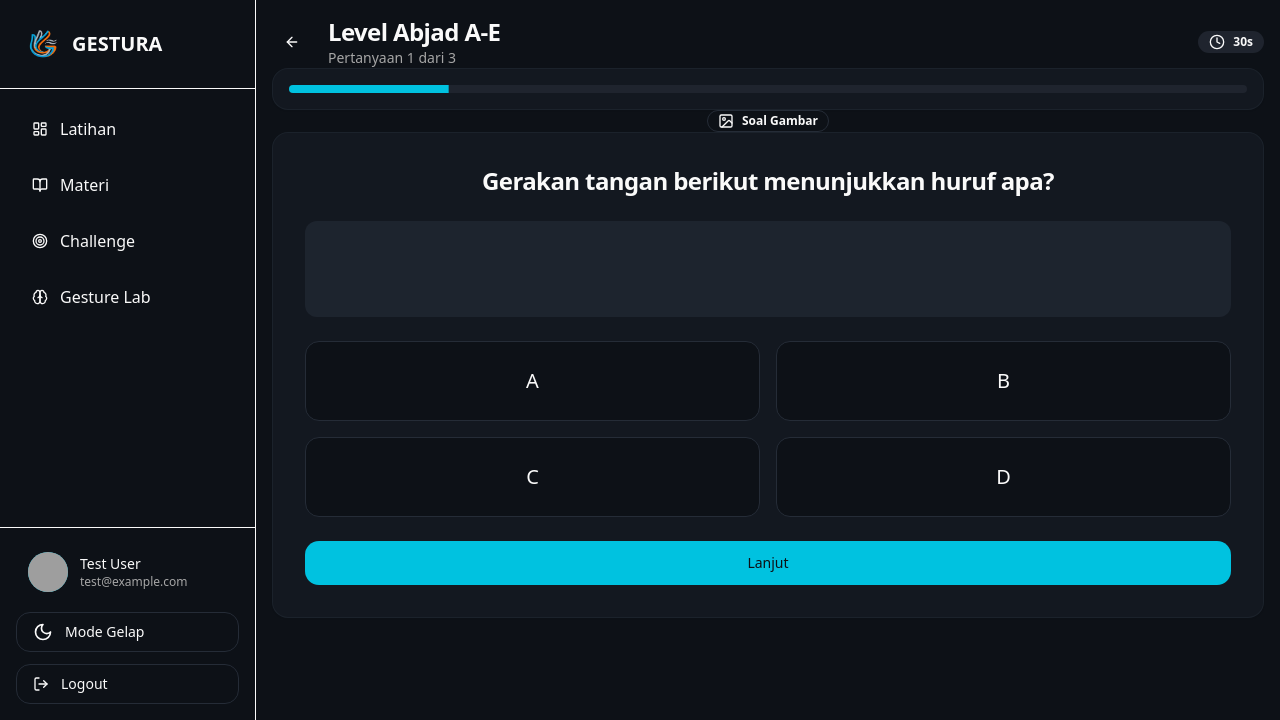
Repository: Tisna7/GESTURA
Page: http://localhost/latihan-isi-1
These files come from the project's save history. The page is drawn as it stood at one moment and after a run of saves; the edit follows.
The browser window is 1280 px wide. The pictures show the whole page.
Pictures or frames that could not be fetched are drawn as grey boxes. The page is served by the project's Laravel application, run on PHP 8.4 with Laravel 12. A made-up administrator, Test User (test@example.com), is signed in. Other server files are loaded and not shown. Style sheets and scripts are compiled from the project's sources, by tool versions that may differ from the author's.

Above is the page before, as saved 2025-11-23 21:41:04.

### app/Providers/AppServiceProvider.php
<?php

namespace App\Providers;

use Illuminate\Support\ServiceProvider;

class AppServiceProvider extends ServiceProvider
{
    /**
     * Register any application services.
     */
    public function register(): void
    {

    }

    /**
     * Bootstrap any application services.
     */
    public function boot(): void
    {

    }
}

### routes/web.php
<?php

use Illuminate\Support\Facades\Route;
use App\Http\Controllers\AuthController;
use App\Http\Controllers\ProfileController;

Route::get('/', function () {
    return view('landingpage');
});

Route::get('/auth', [AuthController::class, 'showPage'])->name('auth.page');

// Route::post('/register', [AuthController::class, 'register'])->name('register');

// Route::post('/login', [AuthController::class, 'login'])->name('login');
// Route::post('/logout', [AuthController::class, 'logout'])->name('logout');


// REGISTER
Route::post('/register', [AuthController::class, 'register'])->name('auth.register');

// LOGIN
Route::post('/login', [AuthController::class, 'login'])->name('auth.login');

// LOGIN GUEST
Route::get('/login/guest', [AuthController::class, 'loginGuest'])->name('auth.guest');

// LOGOUT
Route::get('/logout', [AuthController::class, 'logout'])->name('auth.logout');


Route::get('/profile/edit', [ProfileController::class, 'edit'])->name('profile.edit');
Route::put('/profile/update', [ProfileController::class, 'update'])->name('profile.update');


Route::get('/profile', function () {
    return view('user.profile');
});
Route::get('/materi', function () {
    return view('user.materi');
});
Route::get('/gesturelab', function () {
    return view('user.gesture-lab-practice');
});
Route::get('/gesture-lab-translate', function () {
    return view('user.gesture-lab-translate');
});
Route::get('/materi-isi', function () {
    return view('user.materi-isi');
});
Route::get('/latihan', function () {
    return view('user.quiz');
});
Route::get('/latihan-isi-1', function () {
    return view('user.quiz-isi-1');
});
Route::get('/latihan-isi-2', function () {
    return view('user.quiz-isi-2');
});
Route::get('/latihan-isi-3', function () {
    return view('user.quiz-isi-3');
});
Route::get('/latihan-isi-4', function () {
    return view('user.quiz-isi-4');
});
Route::get('/Challenge', function () {
    return view('user.challenge');
});
Route::get('/Challenge-isi', function () {
    return view('user.challenge-isi');
});

### resources/views/user/quiz-isi-1.blade.php
@extends('app')
@section('title', 'Dashboard')

@section('content')
        <x-sidebar-user></x-sidebar-user>

<main class="lg:ml-64 min-h-screen pt-16 lg:pt-0">
    <div class="p-4 md:p-8">
        <div class="flex items-center justify-between">
            <div class="flex items-center gap-4"><button
                    class="inline-flex items-center justify-center gap-2 whitespace-nowrap rounded-md text-sm font-medium ring-offset-background transition-colors focus-visible:outline-none focus-visible:ring-2 focus-visible:ring-ring focus-visible:ring-offset-2 disabled:pointer-events-none disabled:opacity-50 [&amp;_svg]:pointer-events-none [&amp;_svg]:size-4 [&amp;_svg]:shrink-0 hover:bg-accent hover:text-accent-foreground h-10 w-10"><svg
                        xmlns="http://www.w3.org/2000/svg" width="24" height="24" viewBox="0 0 24 24" fill="none"
                        stroke="currentColor" stroke-width="2" stroke-linecap="round" stroke-linejoin="round"
                        class="lucide lucide-arrow-left h-5 w-5">
                        <path d="m12 19-7-7 7-7"></path>
                        <path d="M19 12H5"></path>
                    </svg></button>
                <div>
                    <h1 class="text-2xl font-bold">Level Abjad A-E</h1>
                    <p class="text-sm text-muted-foreground">Pertanyaan 1 dari 3</p>
                </div>
            </div>
            <div
                class="inline-flex items-center rounded-full border px-2.5 py-0.5 text-xs font-semibold transition-colors focus:outline-none focus:ring-2 focus:ring-ring focus:ring-offset-2 border-transparent bg-secondary text-secondary-foreground hover:bg-secondary/80 gap-2">
                <svg xmlns="http://www.w3.org/2000/svg" width="24" height="24" viewBox="0 0 24 24" fill="none"
                    stroke="currentColor" stroke-width="2" stroke-linecap="round" stroke-linejoin="round"
                    class="lucide lucide-clock h-4 w-4">
                    <circle cx="12" cy="12" r="10"></circle>
                    <polyline points="12 6 12 12 16 14"></polyline>
                </svg>30s</div>
        </div>
        <div class="rounded-lg border text-card-foreground shadow-sm p-4 bg-card border-border/50">
            <div aria-valuemax="100" aria-valuemin="0" role="progressbar" data-state="indeterminate" data-max="100"
                class="relative w-full overflow-hidden rounded-full bg-secondary h-2">
                <div data-state="indeterminate" data-max="100" class="h-full w-full flex-1 bg-primary transition-all"
                    style="transform: translateX(-83.3333%);"></div>
            </div>
        </div>
        <div class="flex justify-center">
            <div
                class="inline-flex items-center rounded-full border px-2.5 py-0.5 text-xs font-semibold transition-colors focus:outline-none focus:ring-2 focus:ring-ring focus:ring-offset-2 text-foreground gap-2">
                <svg xmlns="http://www.w3.org/2000/svg" width="24" height="24" viewBox="0 0 24 24" fill="none"
                    stroke="currentColor" stroke-width="2" stroke-linecap="round" stroke-linejoin="round"
                    class="lucide lucide-image h-4 w-4">
                    <rect width="18" height="18" x="3" y="3" rx="2" ry="2"></rect>
                    <circle cx="9" cy="9" r="2"></circle>
                    <path d="m21 15-3.086-3.086a2 2 0 0 0-2.828 0L6 21"></path>
                </svg>Soal Gambar</div>
        </div>
        <div class="rounded-lg border text-card-foreground shadow-sm p-8 bg-card border-border/50">
            <div class="space-y-6">
                <h2 class="text-2xl font-bold text-center">Gerakan tangan berikut menunjukkan huruf apa?</h2>
                <div class="bg-muted/50 rounded-xl p-12 flex items-center justify-center">
                    <div class="text-9xl"><img src="{{ asset('image/A.png') }}" alt=""></div>
                </div>


                <div class="grid grid-cols-2 gap-4">
    <button type="button"
        class="answer-btn inline-flex items-center justify-center gap-2 whitespace-nowrap font-medium border border-input bg-background hover:bg-accent hover:text-accent-foreground rounded-md px-8 h-20 text-xl"
        data-answer="A">
        A
    </button>

    <button type="button"
        class="answer-btn inline-flex items-center justify-center gap-2 whitespace-nowrap font-medium border border-input bg-background hover:bg-accent hover:text-accent-foreground rounded-md px-8 h-20 text-xl"
        data-answer="B">
        B
    </button>

    <button type="button"
        class="answer-btn inline-flex items-center justify-center gap-2 whitespace-nowrap font-medium border border-input bg-background hover:bg-accent hover:text-accent-foreground rounded-md px-8 h-20 text-xl"
        data-answer="C">
        C
    </button>

    <button type="button"
        class="answer-btn inline-flex items-center justify-center gap-2 whitespace-nowrap font-medium border border-input bg-background hover:bg-accent hover:text-accent-foreground rounded-md px-8 h-20 text-xl"
        data-answer="D">
        D
    </button>
</div>



                <a href=""></a><button class="inline-flex items-center justify-center gap-2 whitespace-nowrap text-sm font-medium ring-offset-background transition-colors focus-visible:outline-none focus-visible:ring-2 focus-visible:ring-ring focus-visible:ring-offset-2 disabled:pointer-events-none disabled:opacity-50 [&amp;_svg]:pointer-events-none [&amp;_svg]:size-4 [&amp;_svg]:shrink-0 bg-primary text-primary-foreground hover:bg-primary/90 h-11 rounded-md px-8 w-full hover-glow">Lanjut</button>
            </div>
        </div>
    </div>
</main>

<script>
document.querySelectorAll('.answer-btn').forEach(btn => {
    btn.addEventListener('click', () => {

        // Reset semua tombol
        document.querySelectorAll('.answer-btn').forEach(b => {
            b.classList.remove('bg-primary', 'text-black', 'border-primary');
            b.classList.add('bg-background', 'border-input');
        });

        // Aktifkan tombol yang dipilih
        btn.classList.add('bg-primary', 'text-black', 'border-primary');
        btn.classList.remove('bg-background', 'border-input');
    });
});
</script>

@endsection

### resources/views/components/sidebar-user.blade.php
@php
    use Illuminate\Support\Facades\Auth;
@endphp



<aside
    class="fixed top-0 left-0 h-full bg-sidebar border-r border-sidebar-border shadow-medium z-40 transition-transform duration-300 -translate-x-full lg:translate-x-0 w-64">
    <div class="flex flex-col h-full">

        {{-- LOGO --}}
        <div class="lg:flex items-center gap-2 p-6 border-b border-sidebar-border">
            <div class="w-10 h-10 rounded-full bg-gradient-hero flex items-center justify-center shadow-soft">
                <img src="{{ asset('image/logo.png') }}" alt="MindCare Logo" class="w-8 h-8">
            </div>
            <div>
                <span class="text-xl font-bold bg-gradient-to-r from-primary to-accent bg-clip-text  block">
                    GESTURA
                </span>
            </div>
        </div>

        {{-- MENU --}}
        <nav class="flex-1 p-4 space-y-2 overflow-y-auto mt-10 lg:mt-0 ">

            {{-- Latihan --}}
            <a class="{{ request()->is('latihan') ? 'bg-sidebar-accent text-sidebar-accent-foreground font-medium shadow-soft'
                : 'text-sidebar-foreground hover:bg-sidebar-accent/50' }}
                flex items-center gap-3 px-4 py-3 rounded-xl transition-smooth"
                href="/latihan">

                <svg xmlns="http://www.w3.org/2000/svg" viewBox="0 0 24 24"
                    fill="none" stroke="currentColor" stroke-width="2"
                    stroke-linecap="round" stroke-linejoin="round"
                    class="lucide lucide-layout-dashboard w-4 h-4">
                    <rect width="7" height="9" x="3" y="3" rx="1"></rect>
                    <rect width="7" height="5" x="14" y="3" rx="1"></rect>
                    <rect width="7" height="9" x="14" y="12" rx="1"></rect>
                    <rect width="7" height="5" x="3" y="16" rx="1"></rect>
                </svg>

                <span>Latihan</span>
            </a>

            {{-- Materi --}}
            <a class="{{ request()->is('materi') ? 'bg-sidebar-accent text-sidebar-accent-foreground font-medium shadow-soft'
                : 'text-sidebar-foreground hover:bg-sidebar-accent/50' }}
                flex items-center gap-3 px-4 py-3 rounded-xl transition-smooth"
                href="/materi">

                <svg xmlns="http://www.w3.org/2000/svg" viewBox="0 0 24 24"
                    fill="none" stroke="currentColor" stroke-width="2"
                    stroke-linecap="round" stroke-linejoin="round"
                    class="lucide lucide-book-open w-4 h-4">
                    <path d="M12 7v14"></path>
                    <path
                        d="M3 18a1 1 0 0 1-1-1V4a1 1 0 0 1 1-1h5a4 4 0 0 1 4 4 4 4 0 0 1 4-4h5a1 1 0 0 1 1 1v13a1 1 0 0 1-1 1h-6a3 3 0 0 0-3 3 3 3 0 0 0-3-3z">
                    </path>
                </svg>

                <span>Materi</span>
            </a>

            {{-- Challenge --}}
            <a class="{{ request()->is('Challenge') ? 'bg-sidebar-accent text-sidebar-accent-foreground font-medium shadow-soft'
                : 'text-sidebar-foreground hover:bg-sidebar-accent/50' }}
                flex items-center gap-3 px-4 py-3 rounded-xl transition-smooth"
                href="/Challenge">

                <svg xmlns="http://www.w3.org/2000/svg" viewBox="0 0 24 24"
                    fill="none" stroke="currentColor" stroke-width="2"
                    stroke-linecap="round" stroke-linejoin="round"
                    class="lucide lucide-target w-4 h-4">
                    <circle cx="12" cy="12" r="10"></circle>
                    <circle cx="12" cy="12" r="6"></circle>
                    <circle cx="12" cy="12" r="2"></circle>
                </svg>

                <span>Challenge</span>
            </a>

            {{-- Gesture Lab --}}
            <a class="{{ request()->is('gesturelab') ? 'bg-sidebar-accent text-sidebar-accent-foreground font-medium shadow-soft'
                : 'text-sidebar-foreground hover:bg-sidebar-accent/50' }}
                flex items-center gap-3 px-4 py-3 rounded-xl transition-smooth"
                href="/gesturelab">

                <svg xmlns="http://www.w3.org/2000/svg" viewBox="0 0 24 24"
                    fill="none" stroke="currentColor" stroke-width="2"
                    stroke-linecap="round" stroke-linejoin="round"
                    class="lucide lucide-brain w-4 h-4">

                    <path d="M12 5a3 3 0 1 0-5.997.125 4 4 0 0 0-2.526 5.77 4 4 0 0 0 .556 6.588A4 4 0 1 0 12 18Z"></path>
                    <path d="M12 5a3 3 0 1 1 5.997.125 4 4 0 0 1 2.526 5.77 4 4 0 0 1-.556 6.588A4 4 0 1 1 12 18Z"></path>
                    <path d="M15 13a4.5 4.5 0 0 1-3-4 4.5 4.5 0 0 1-3 4"></path>

                </svg>

                <span>Gesture Lab</span>
            </a>
        </nav>

        {{-- BOTTOM SECTION --}}
        <div class="p-4 border-t border-sidebar-border space-y-3">

            {{-- User Button --}}
            <button
                class="w-full flex items-center gap-3 px-3 py-2 rounded-xl hover:bg-sidebar-accent transition-smooth"
                type="button">
                <span class="relative flex items-center justify-center shrink-0 overflow-hidden rounded-full w-10 h-10 bg-primary"><img class="h-full w-full object-cover"
        src="https://api.dicebear.com/7.x/avataaars/svg?seed={{ Auth::user()->profile_image }}"></span>
                <div class="flex-1 text-left">
                    <p class="text-sm font-medium text-sidebar-foreground">{{ Auth::user()->name }}</p>
                    <p class="text-xs text-muted-foreground">{{ Auth::user()->email }}</p>
                </div>
            </button>

            {{-- Mode Gelap --}}
            <button
                class="inline-flex items-center whitespace-nowrap rounded-md text-sm font-medium border border-input bg-background hover:bg-accent hover:text-accent-foreground h-10 px-4 py-2 w-full justify-start gap-3 hover:bg-accent transition-smooth">
                <svg xmlns="http://www.w3.org/2000/svg" viewBox="0 0 24 24"
                    fill="none" stroke="currentColor" stroke-width="2"
                    stroke-linecap="round" stroke-linejoin="round"
                    class="lucide lucide-moon w-4 h-4">
                    <path d="M12 3a6 6 0 0 0 9 9 9 9 0 1 1-9-9Z"></path>
                </svg>
                <span>Mode Gelap</span>
            </button>

            {{-- Logout --}}
            <form action="" method="POST">
                @csrf
                <button type="submit"
                    class="inline-flex items-center whitespace-nowrap rounded-md text-sm font-medium border border-input bg-background hover:bg-accent hover:text-accent-foreground h-10 px-4 py-2 w-full justify-start gap-3">

                    <svg xmlns="http://www.w3.org/2000/svg" viewBox="0 0 24 24"
                        fill="none" stroke="currentColor" stroke-width="2"
                        stroke-linecap="round" stroke-linejoin="round"
                        class="lucide lucide-log-out w-4 h-4">
                        <path d="M9 21H5a2 2 0 0 1-2-2V5a2 2 0 0 1 2-2h4"></path>
                        <polyline points="16 17 21 12 16 7"></polyline>
                        <line x1="21" x2="9" y1="12" y2="12"></line>
                    </svg>

                    <span>Logout</span>
                </button>
            </form>

        </div>
    </div>
</aside>




<script>
    const html = document.documentElement;
    const toggleDark = document.querySelector('.hover\\:bg-accent'); // tombol "Mode Gelap"
    const icon = toggleDark.querySelector('svg');
    const label = toggleDark.querySelector('span');

    // Cek tema yang tersimpan
    const storedTheme = localStorage.getItem("theme");
    const systemPrefersDark = window.matchMedia("(prefers-color-scheme: dark)").matches;

    // Fungsi ubah tema
    function setTheme(dark) {
        if (dark) {
            html.classList.add("dark");
            localStorage.setItem("theme", "dark");
            label.textContent = "Mode Terang";
            icon.outerHTML = `
        <svg xmlns="http://www.w3.org/2000/svg" width="24" height="24"
          viewBox="0 0 24 24" fill="none" stroke="currentColor"
          stroke-width="2" stroke-linecap="round" stroke-linejoin="round"
          class="lucide lucide-sun w-5 h-5">
          <circle cx="12" cy="12" r="4"></circle>
          <path d="M12 2v2"></path>
          <path d="M12 20v2"></path>
          <path d="m4.93 4.93 1.41 1.41"></path>
          <path d="m17.66 17.66 1.41 1.41"></path>
          <path d="M2 12h2"></path>
          <path d="M20 12h2"></path>
          <path d="m6.34 17.66-1.41 1.41"></path>
          <path d="m19.07 4.93-1.41 1.41"></path>
        </svg>`;
        } else {
            html.classList.remove("dark");
            localStorage.setItem("theme", "light");
            label.textContent = "Mode Gelap";
            icon.outerHTML = `
        <svg xmlns="http://www.w3.org/2000/svg" width="24" height="24"
          viewBox="0 0 24 24" fill="none" stroke="currentColor"
          stroke-width="2" stroke-linecap="round" stroke-linejoin="round"
          class="lucide lucide-moon w-5 h-5">
          <path d="M12 3a6 6 0 0 0 9 9 9 9 0 1 1-9-9Z"></path>
        </svg>`;
        }
    }

    // Terapkan tema saat load pertama
    setTheme(storedTheme === "dark" || (!storedTheme && systemPrefersDark));

    // Tambahkan event listener untuk toggle
    toggleDark.addEventListener("click", () => {
        setTheme(!html.classList.contains("dark"));
    });
</script>

### resources/views/app.blade.php
<!DOCTYPE html>
<html lang="id">
<head>
  <meta charset="UTF-8">
  <meta name="viewport" content="width=device-width, initial-scale=1.0">
  <meta name="csrf-token" content="{{ csrf_token() }}">
  <link rel="icon" type="image/png" href="{{ asset('images/logo.png') }}">
  <title>@yield('title', 'GESTURA')</title>

  <!-- Tailwind CSS -->
  {{-- @vite('public/build/app-Lz3KVd0D.css') --}}
  {{-- <!-- @vite('resources/css/app.css') --> --}}
   {{-- <!-- @vite('public/build/assets/app-TBPMHXQo.css') --> --}}

  @vite(['resources/css/app.css', 'resources/css/theme.css'])

  <script defer src="https://cdn.jsdelivr.net/npm/alpinejs@3.x.x/dist/cdn.min.js"></script>

</head>
<body>
  @yield('content')
</body>
</html>

### resources/css/app.css
@import 'tailwindcss';
@import "./theme.css";

@source '../../vendor/laravel/framework/src/Illuminate/Pagination/resources/views/*.blade.php';
@source '../../storage/framework/views/*.php';
@source '../**/*.blade.php';
@source '../**/*.js';

@theme {
    --font-sans: 'Instrument Sans', ui-sans-serif, system-ui, sans-serif, 'Apple Color Emoji', 'Segoe UI Emoji',
        'Segoe UI Symbol', 'Noto Color Emoji';

    --color-background: #ffabcc;
}

Loaded but not shown: app/Models/User.php (common file); resources/css/theme.css (library)

After the next 5 saves:
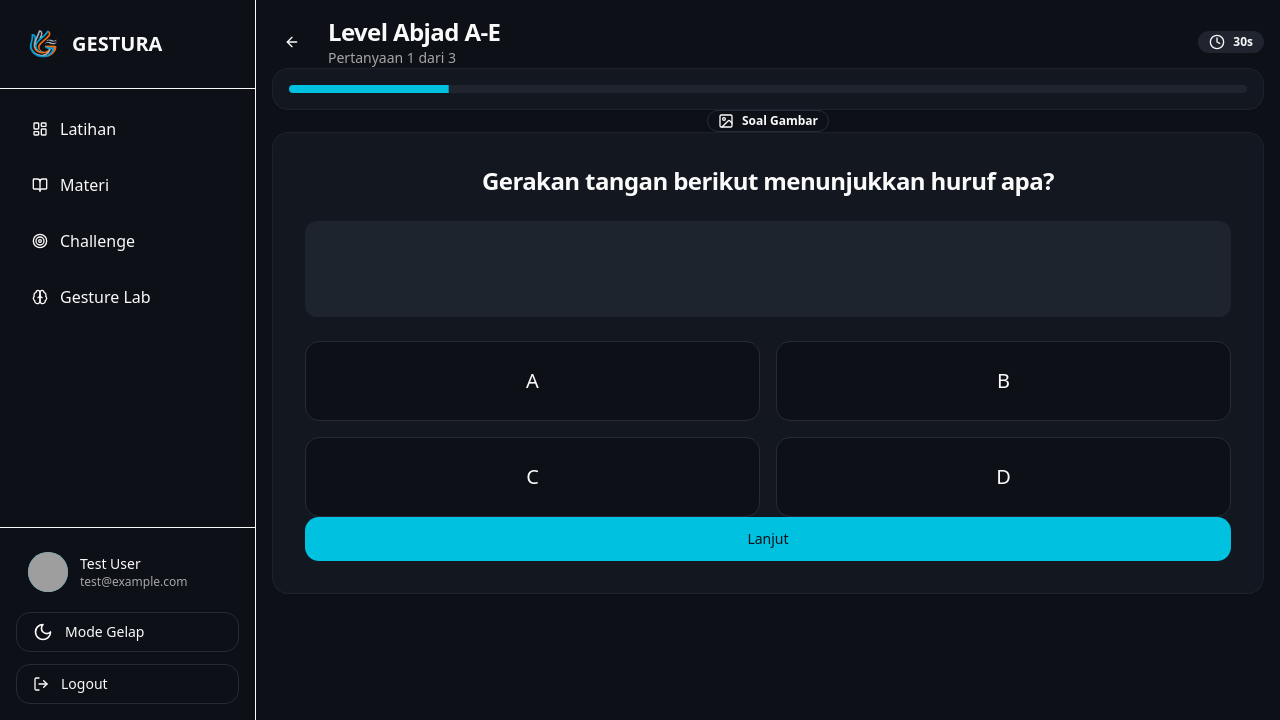
The 5 saves are shown as one change because they came seconds apart.
The last was saved 17 s later.
--- a/resources/views/user/quiz-isi-1.blade.php
+++ b/resources/views/user/quiz-isi-1.blade.php
@@ -83,8 +83,8 @@
 
 
 
-                <a href=""></a><button class="inline-flex items-center justify-center gap-2 whitespace-nowrap text-sm font-medium ring-offset-background transition-colors focus-visible:outline-none focus-visible:ring-2 focus-visible:ring-ring focus-visible:ring-offset-2 disabled:pointer-events-none disabled:opacity-50 [&amp;_svg]:pointer-events-none [&amp;_svg]:size-4 [&amp;_svg]:shrink-0 bg-primary text-primary-foreground hover:bg-primary/90 h-11 rounded-md px-8 w-full hover-glow">Lanjut</button>
-            </div>
+                <a href="/quiz-isi-2"><button class="inline-flex items-center justify-center gap-2 whitespace-nowrap text-sm font-medium ring-offset-background transition-colors focus-visible:outline-none focus-visible:ring-2 focus-visible:ring-ring focus-visible:ring-offset-2 disabled:pointer-events-none disabled:opacity-50 [&amp;_svg]:pointer-events-none [&amp;_svg]:size-4 [&amp;_svg]:shrink-0 bg-primary text-primary-foreground hover:bg-primary/90 h-11 rounded-md px-8 w-full hover-glow">Lanjut</button>
+            </a></div>
         </div>
     </div>
 </main>
